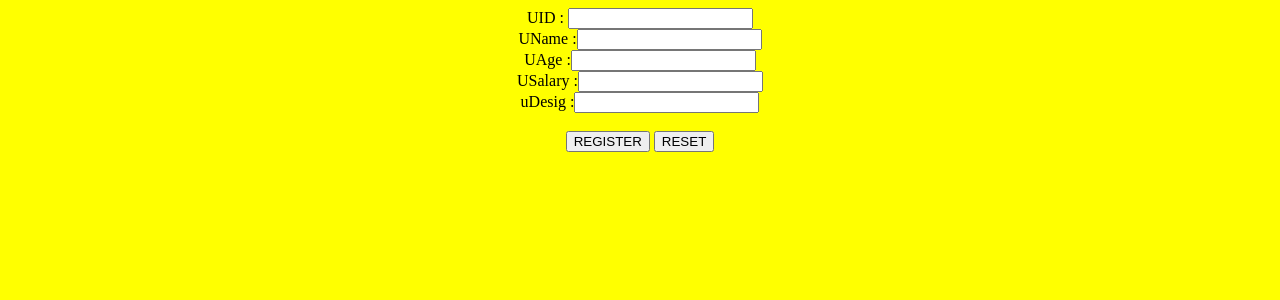
Repository: Thaneshwara848/JSP_Demo
Page: SLProject1/src/main/webapp/Register.html
These files come from the project's save history. The page is drawn as it stood at one moment and after the next save; the edit follows.
The browser window is 1280 px wide. The pictures show the whole page.

Above is the page before, as saved 2022-08-08 15:06:27.

### SLProject1/src/main/webapp/Register.html
<!DOCTYPE html>
<html>
<head>
<meta charset="UTF-8">
<title>Insert title here</title>
</head>
<body bgcolor="yellow">
	<div style="text-align: center;">
		<form action="" >

			UID : <input type="text" name="uid"><br>
			UName :<input type="text" name="uname"><br>
			UAge :<input type="text" name="uage"><br>
			USalary :<input type="text" name="usalary"><br>
			uDesig :<input type="text" name="udesig"><br>
			<br>

			<input type="submit" value="REGISTER">
			<input type="reset" value="RESET">



		</form>
	</body>
</html>

After the next save:
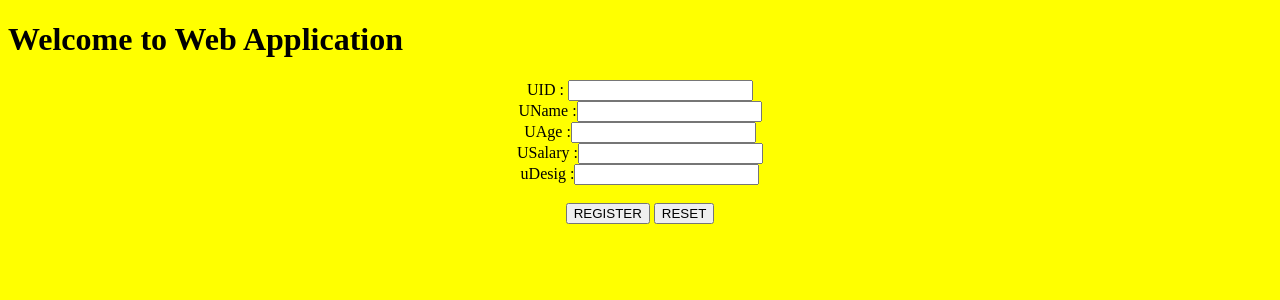
Saved 20 s later.
--- a/SLProject1/src/main/webapp/Register.html
+++ b/SLProject1/src/main/webapp/Register.html
@@ -5,6 +5,7 @@
 <title>Insert title here</title>
 </head>
 <body bgcolor="yellow">
+<h1>Welcome to Web Application</h1>
 	<div style="text-align: center;">
 		<form action="" >
 
